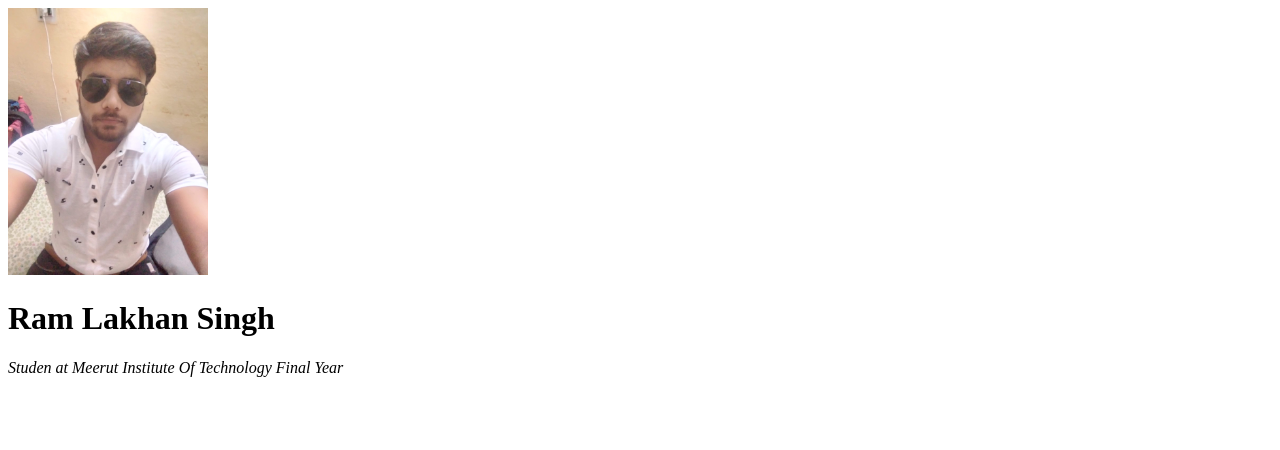
Repository: ramlakhan1/resume1
Page: resume.html
The author's editor kept a copy of each file at every save. The page is drawn from the files as they stood at one save, then again after a run of saves.
The browser window is 1280 px wide. The pictures show the whole page.

Above is the page before, as saved 2022-11-05 14:15:25.

### resume.html
<!DOCTYPE html>
<html lang="en">
<head>
    <meta charset="UTF-8">
    <meta http-equiv="X-UA-Compatible" content="IE=edge">
    <meta name="viewport" content="width=device-width, initial-scale=1.0">
    <title>Ram's Resume</title>
</head>
<body>
    <img width="200" src="2.jpg" alt="Ram Lakhan photo">
    <h1>Ram Lakhan Singh</h1>
    <p><i>Studen at Meerut Institute Of Technology Final Year</i></p>
</body>
</html>

After the next 2 saves:
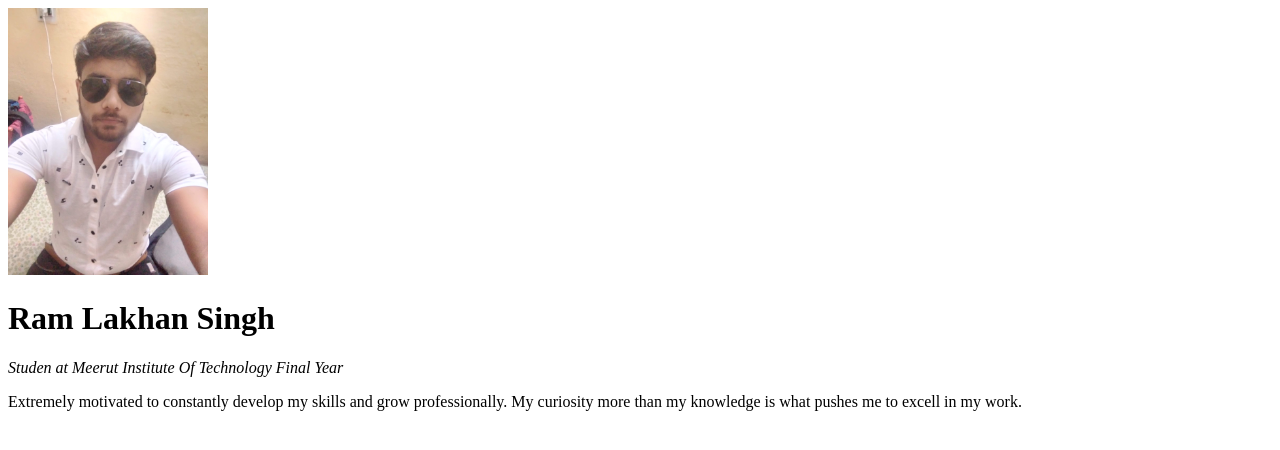
The 2 saves are shown as one change because they came seconds apart.
The last was saved 40 s later.
--- a/resume.html
+++ b/resume.html
@@ -10,5 +10,7 @@
     <img width="200" src="2.jpg" alt="Ram Lakhan photo">
     <h1>Ram Lakhan Singh</h1>
     <p><i>Studen at Meerut Institute Of Technology Final Year</i></p>
+    <p>Extremely motivated to constantly develop my skills and grow professionally. My curiosity more than my knowledge is what pushes me
+        to excell in my work.</p>
 </body>
 </html>
